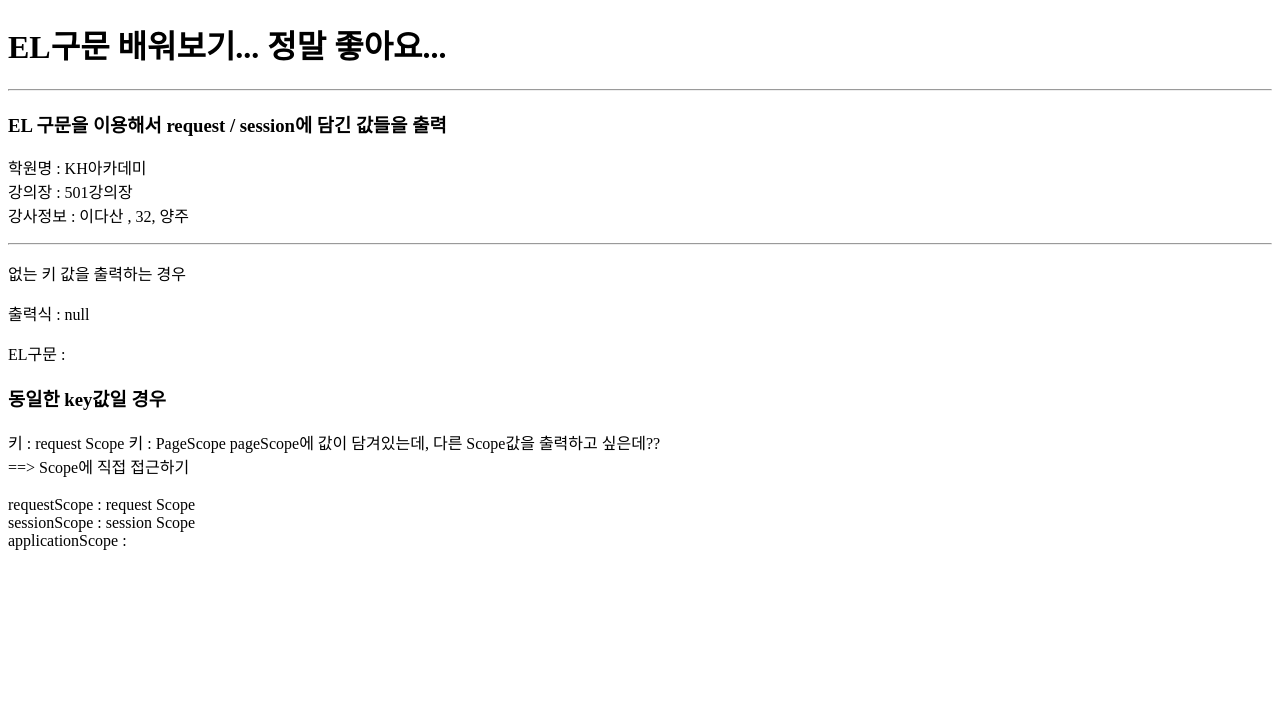
Repository: ham-zi/front-practice
Page: http://localhost/ActionProject/el.do
An editor plug-in stored every save of this project. The page is shown before and after the next save, followed by the edit.
The browser window is 1280 px wide. The pictures show the whole page.
The page is served by Tomcat 9.

Above is the page before, as saved 2026-05-06 06:21:49.

After the next save:
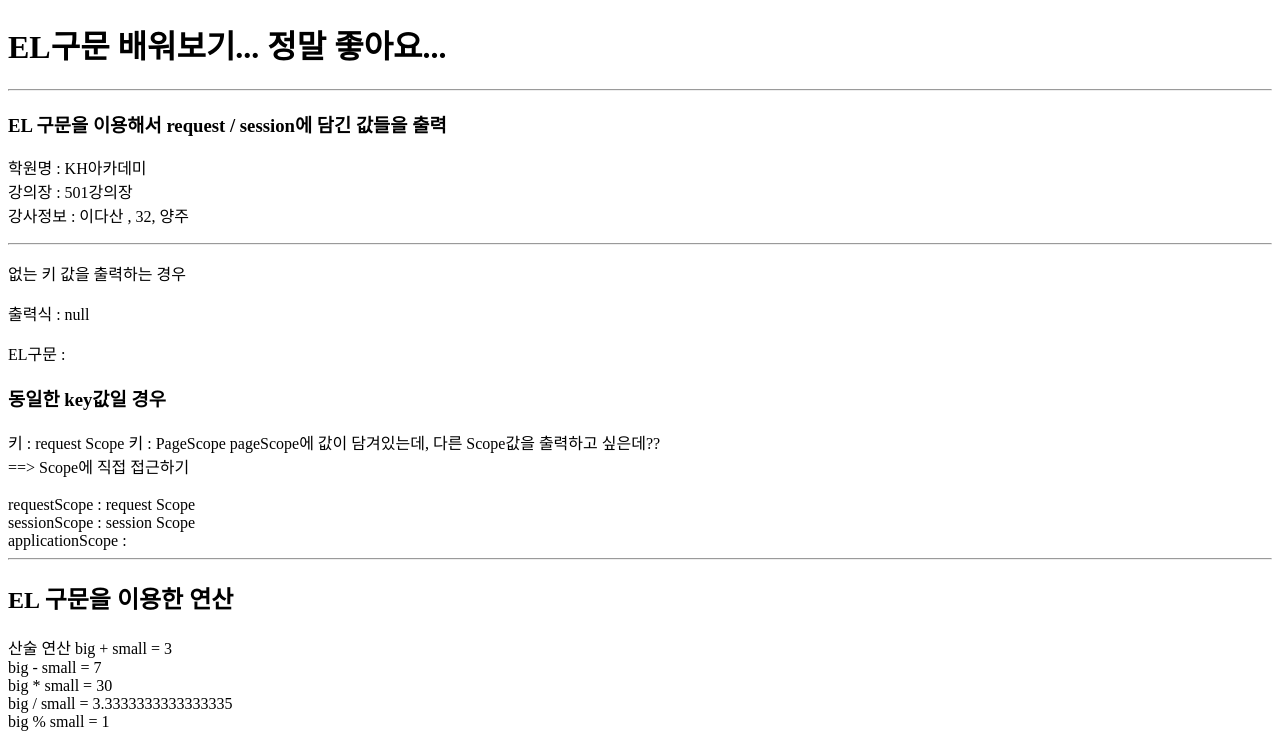
Saved 4 min 7 s later.
--- a/dynamic-workspace/ActionProject/src/main/webapp/WEB-INF/views/01_el.jsp
+++ b/dynamic-workspace/ActionProject/src/main/webapp/WEB-INF/views/01_el.jsp
@@ -108,8 +108,19 @@
 	 sessionScope :	 ${ sessionScope.key }	<br>
 	 applicationScope : ${ applicationScope.key } <br>
 
+	 <hr>
 
+	 <h2> EL 구문을 이용한 연산</h2>
 
+	 <p></p>
+
+	 	산술 연산
+
+	 	big + small = ${ bit + small } <br>
+	 	big - small = ${ big - small }<br>
+	 	big * small = ${ big * small }<br>
+	 	big / small = ${ big / small }<br>
+	 	big % small = ${ big % small }<br>
 
 </body>
 </html>
